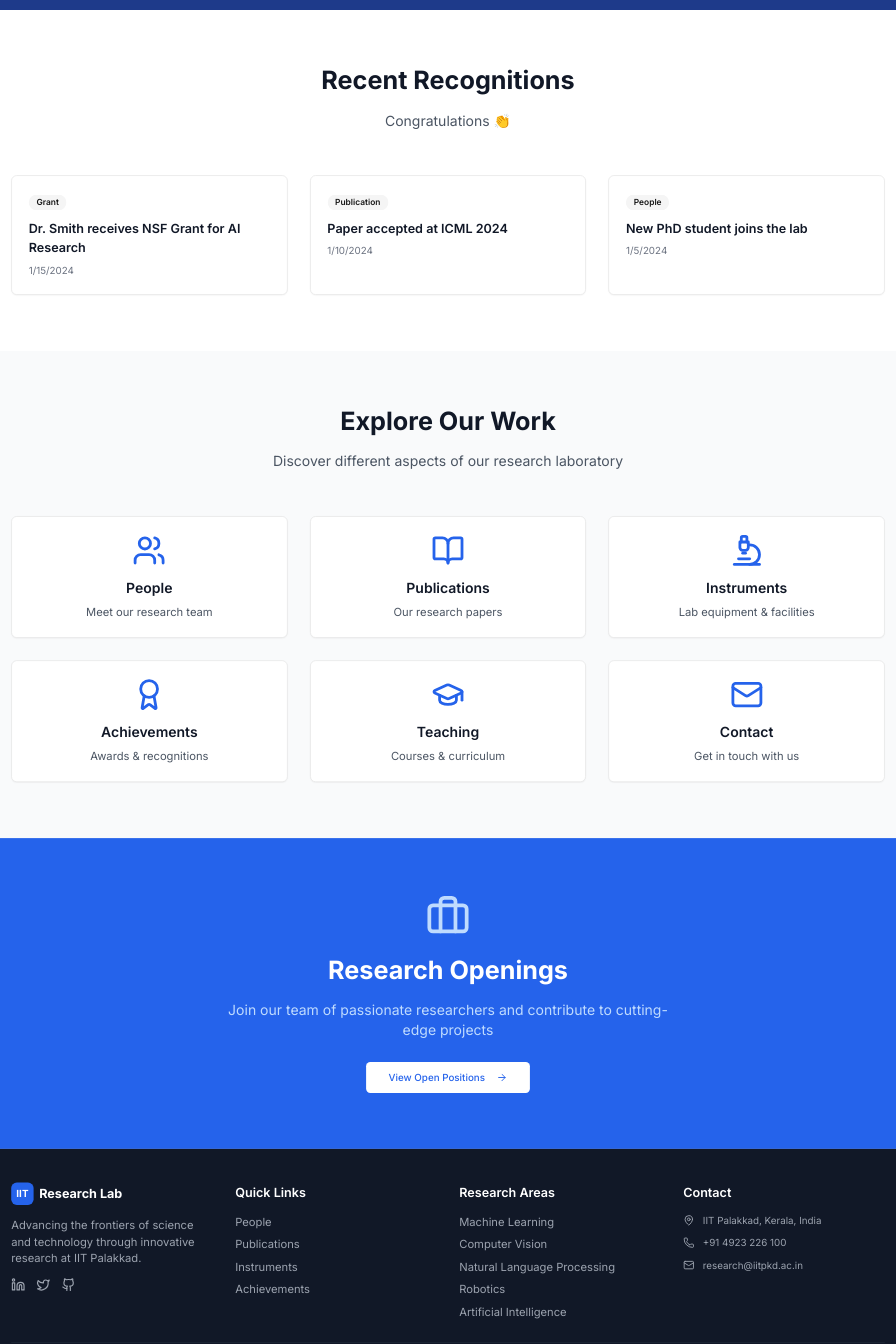
Repository: Gopikrish-30/iit-palakkad-arise
Page: /
The author's editor kept a copy of each file at every save. The page is drawn from the files as they stood at one save, then again after the next save.
The browser window is 1280 px wide. The pictures show the part of the page from y = 2096 to 4016 px (the page is 4118 px tall before and 4049 px after), at 70% of full size.
The project was rebuilt for these pictures with package versions that can differ from the ones it lists, and the page was loaded fresh each time. The framework's server and built-in components were replaced by stand-ins that run in the browser. Also part of the build but not shown: next.config.mjs.

Above is the page before, as saved 2025-06-01 22:56:58.

### app/layout.tsx
import type React from "react"
import type { Metadata } from "next"
import { Inter } from "next/font/google"
import "./globals.css"
import Navigation from "@/components/layout/navigation"
import Footer from "@/components/layout/footer"
import { DataProvider } from "@/lib/data-context"

const inter = Inter({ subsets: ["latin"] })

export const metadata: Metadata = {
  title: "IIT Palakkad Research Lab",
  description: "Advancing the frontiers of science and technology through innovative research",
    generator: 'v0.dev'
}

export default function RootLayout({
  children,
}: {
  children: React.ReactNode
}) {
  return (
    <html lang="en">
      <body className={inter.className}>
        <DataProvider>
          <Navigation />
          <main>{children}</main>
          <Footer />
        </DataProvider>
      </body>
    </html>
  )
}

### app/page.tsx
"use client"

import { useState, useEffect, useRef } from "react"
import { motion, useScroll, useTransform, useInView } from "framer-motion"
import { useData } from "@/lib/data-context"
import { Button } from "@/components/ui/button"
import { Card, CardContent } from "@/components/ui/card"
import { Badge } from "@/components/ui/badge"
import {
  Users,
  BookOpen,
  Award,
  Microscope,
  GraduationCap,
  Mail,
  ArrowRight,
  Target,
  Eye,
  TrendingUp,
  Briefcase,
  ChevronRight,
} from "lucide-react"
import Image from "next/image"
import Link from "next/link"

const AnimatedCounter = ({ end, duration = 2000 }: { end: number; duration?: number }) => {
  const [count, setCount] = useState(0)
  const ref = useRef<HTMLDivElement>(null)
  const isInView = useInView(ref, { once: true, margin: "-100px" })

  useEffect(() => {
    if (!isInView) return

    let startTime: number
    let animationFrame: number

    const animate = (timestamp: number) => {
      if (!startTime) startTime = timestamp
      const progress = Math.min((timestamp - startTime) / duration, 1)
      setCount(Math.floor(progress * end))

      if (progress < 1) {
        animationFrame = requestAnimationFrame(animate)
      }
    }

    animationFrame = requestAnimationFrame(animate)
    return () => cancelAnimationFrame(animationFrame)
  }, [end, duration, isInView])

  return <div ref={ref}>{count}</div>
}

const quickLinks = [
  { title: "People", icon: Users, href: "/people", description: "Meet our research team" },
  { title: "Publications", icon: BookOpen, href: "/publications", description: "Our research papers" },
  { title: "Instruments", icon: Microscope, href: "/instruments", description: "Lab equipment & facilities" },
  { title: "Achievements", icon: Award, href: "/achievements", description: "Awards & recognitions" },
  { title: "Teaching", icon: GraduationCap, href: "/teaching", description: "Courses & curriculum" },
  { title: "Contact", icon: Mail, href: "/contact", description: "Get in touch with us" },
]

const recentNews = [
  {
    title: "Dr. Smith receives NSF Grant for AI Research",
    date: "2024-01-15",
    type: "Grant",
  },
  {
    title: "Paper accepted at ICML 2024",
    date: "2024-01-10",
    type: "Publication",
  },
  {
    title: "New PhD student joins the lab",
    date: "2024-01-05",
    type: "People",
  },
]

export default function HomePage() {
  const { homeContent, news } = useData()
  const { scrollY } = useScroll()
  const heroRef = useRef<HTMLDivElement>(null)
  const aboutRef = useRef<HTMLDivElement>(null)
  const missionRef = useRef<HTMLDivElement>(null)
  const statsRef = useRef<HTMLDivElement>(null)
  const recognitionsRef = useRef<HTMLDivElement>(null)
  const linksRef = useRef<HTMLDivElement>(null)
  const openingsRef = useRef<HTMLDivElement>(null)

  const isAboutInView = useInView(aboutRef, { once: true, margin: "-100px" })
  const isMissionInView = useInView(missionRef, { once: true, margin: "-100px" })
  const isStatsInView = useInView(statsRef, { once: true, margin: "-100px" })
  const isRecognitionsInView = useInView(recognitionsRef, { once: true, margin: "-100px" })
  const isLinksInView = useInView(linksRef, { once: true, margin: "-100px" })
  const isOpeningsInView = useInView(openingsRef, { once: true, margin: "-100px" })

  const heroOpacity = useTransform(scrollY, [0, 300], [1, 0])
  const heroY = useTransform(scrollY, [0, 300], [0, 100])
  const heroScale = useTransform(scrollY, [0, 300], [1, 0.95])

  return (
    <div className="min-h-screen">
      {/* Hero Section with Parallax */}
      <motion.section
        ref={heroRef}
        className="relative h-screen flex items-center justify-center bg-gradient-to-br from-slate-900 via-blue-900 to-slate-800 overflow-hidden"
        style={{ opacity: heroOpacity }}
      >
        <div className="absolute inset-0 bg-black/40" />
        <motion.div className="absolute inset-0" style={{ y: useTransform(scrollY, [0, 300], [0, 150]) }}>
          <Image
            src="/placeholder.svg?height=1080&width=1920"
            alt="IIT Palakkad Campus"
            fill
            className="object-cover"
            priority
          />
        </motion.div>
        <motion.div
          className="relative z-10 text-center text-white max-w-4xl mx-auto px-4"
          style={{ y: heroY, scale: heroScale }}
        >
          <motion.h1
            className="text-5xl md:text-7xl font-bold mb-6"
            initial={{ opacity: 0, y: 20 }}
            animate={{ opacity: 1, y: 0 }}
            transition={{ delay: 0.2, duration: 0.8 }}
          >
            IIT Palakkad Research Lab
          </motion.h1>
          <motion.p
            className="text-xl md:text-2xl mb-8 text-gray-200"
            initial={{ opacity: 0, y: 20 }}
            animate={{ opacity: 1, y: 0 }}
            transition={{ delay: 0.4, duration: 0.8 }}
          >
            Advancing the frontiers of science and technology through innovative research
          </motion.p>
          <motion.div
            initial={{ opacity: 0, y: 20 }}
            animate={{ opacity: 1, y: 0 }}
            transition={{ delay: 0.6, duration: 0.8 }}
            whileHover={{ scale: 1.05 }}
            whileTap={{ scale: 0.95 }}
          >
            <Button size="lg" className="bg-blue-600 hover:bg-blue-700 text-white px-8 py-3 text-lg">
              Explore Our Work
              <ArrowRight className="ml-2 h-5 w-5" />
            </Button>
          </motion.div>
        </motion.div>

        {/* Scroll indicator */}
        <motion.div
          className="absolute bottom-8 left-1/2 transform -translate-x-1/2"
          animate={{ y: [0, 10, 0] }}
          transition={{ repeat: Number.POSITIVE_INFINITY, duration: 1.5 }}
        >
          <ChevronRight className="h-8 w-8 text-white rotate-90" />
        </motion.div>
      </motion.section>

      {/* About Section */}
      <section ref={aboutRef} className="py-20 bg-white">
        <div className="container mx-auto px-4">
          <motion.div
            initial={{ opacity: 0, y: 30 }}
            animate={isAboutInView ? { opacity: 1, y: 0 } : {}}
            transition={{ duration: 0.8 }}
            className="text-center mb-16"
          >
            <h2 className="text-4xl font-bold text-gray-900 mb-6">About </h2>
            <p className="text-xl text-gray-600 max-w-3xl mx-auto">
              The AgroClima research team at IIT Palakkad studies the complex interactions between climate and water systems, focusing on extreme weather events like floods, droughts, and heatwaves caused by climate change and human activities. Their research supports disaster prediction, water resource management, and sustainability.

Using advanced tools such as GIS, AI/ML, hydrologic models, and the WRF weather model, the team analyzes high-resolution environmental data and real-time satellite imagery. Their work informs policymakers, improves climate risk assessment, and promotes sustainable solutions for water and food security.
            </p>
          </motion.div>
        </div>
      </section>

      {/* Mission and Vision */}
      <section ref={missionRef} className="py-20 bg-gray-50">
        <div className="container mx-auto px-4">
          <div className="grid md:grid-cols-2 gap-12">
            <motion.div
              initial={{ opacity: 0, x: -50 }}
              animate={isMissionInView ? { opacity: 1, x: 0 } : {}}
              transition={{ duration: 0.8, delay: 0.1 }}
              whileHover={{ y: -5 }}
            >
              <Card className="p-8 h-full border-0 shadow-lg">
                <CardContent className="p-0">
                  <div className="flex items-center mb-6">
                    <Target className="h-8 w-8 text-blue-600 mr-3" />
                    <h3 className="text-2xl font-bold text-gray-900">Our Mission</h3>
                  </div>
                  <p className="text-gray-600 leading-relaxed">
                    To conduct world-class research that addresses real-world challenges and contributes to the
                    advancement of science and technology for the betterment of society.
                  </p>
                </CardContent>
              </Card>
            </motion.div>

            <motion.div
              initial={{ opacity: 0, x: 50 }}
              animate={isMissionInView ? { opacity: 1, x: 0 } : {}}
              transition={{ duration: 0.8, delay: 0.3 }}
              whileHover={{ y: -5 }}
            >
              <Card className="p-8 h-full border-0 shadow-lg">
                <CardContent className="p-0">
                  <div className="flex items-center mb-6">
                    <Eye className="h-8 w-8 text-blue-600 mr-3" />
                    <h3 className="text-2xl font-bold text-gray-900">Our Vision</h3>
                  </div>
                  <p className="text-gray-600 leading-relaxed">
                    To be a globally recognized research laboratory that fosters innovation, nurtures talent, and
                    creates impactful solutions for tomorrow's challenges.
                  </p>
                </CardContent>
              </Card>
            </motion.div>
          </div>
        </div>
      </section>

      {/* Quick Stats */}
      <section ref={statsRef} className="py-20 bg-blue-900 text-white">
        <div className="container mx-auto px-4">
          <motion.div
            initial={{ opacity: 0, y: 30 }}
            animate={isStatsInView ? { opacity: 1, y: 0 } : {}}
            transition={{ duration: 0.8 }}
            className="text-center mb-16"
          >
            <h2 className="text-4xl font-bold mb-6">Our Impact</h2>
            <p className="text-xl text-blue-200">Numbers that reflect our commitment to excellence</p>
          </motion.div>

          <div className="grid grid-cols-2 md:grid-cols-4 gap-8">
            {[
              { number: 25, label: "Research Students", icon: Users },
              { number: 75, label: "Publications", icon: BookOpen },
              { number: 15, label: "Awards", icon: Award },
              { number: 10, label: "Years of Excellence", icon: TrendingUp },
            ].map((stat, index) => (
              <motion.div
                key={index}
                initial={{ opacity: 0, y: 30 }}
                animate={isStatsInView ? { opacity: 1, y: 0 } : {}}
                transition={{ duration: 0.8, delay: index * 0.15 }}
                className="text-center"
                whileHover={{ y: -5 }}
              >
                <div className="flex justify-center mb-4">
                  <stat.icon className="h-12 w-12 text-blue-300" />
                </div>
                <div className="text-4xl font-bold mb-2">
                  <AnimatedCounter end={stat.number} />+
                </div>
                <div className="text-blue-200">{stat.label}</div>
              </motion.div>
            ))}
          </div>
        </div>
      </section>

      {/* Recent Recognitions */}
      <section ref={recognitionsRef} className="py-20 bg-white">
        <div className="container mx-auto px-4">
          <motion.div
            initial={{ opacity: 0, y: 30 }}
            animate={isRecognitionsInView ? { opacity: 1, y: 0 } : {}}
            transition={{ duration: 0.8 }}
            className="text-center mb-16"
          >
            <h2 className="text-4xl font-bold text-gray-900 mb-6">Recent Recognitions</h2>
            <p className="text-xl text-gray-600">Congratulations 👏</p>
          </motion.div>

          <div className="grid md:grid-cols-3 gap-8">
            {recentNews.map((news, index) => (
              <motion.div
                key={index}
                initial={{ opacity: 0, y: 30 }}
                animate={isRecognitionsInView ? { opacity: 1, y: 0 } : {}}
                transition={{ duration: 0.8, delay: index * 0.15 }}
                whileHover={{ y: -5, boxShadow: "0 10px 25px -5px rgba(0, 0, 0, 0.1)" }}
              >
                <Card className="p-6 hover:shadow-lg transition-shadow duration-300 h-full">
                  <CardContent className="p-0">
                    <Badge variant="secondary" className="mb-3">
                      {news.type}
                    </Badge>
                    <h3 className="text-lg font-semibold text-gray-900 mb-2">{news.title}</h3>
                    <p className="text-gray-500 text-sm">{new Date(news.date).toLocaleDateString()}</p>
                  </CardContent>
                </Card>
              </motion.div>
            ))}
          </div>
        </div>
      </section>

      {/* Quick Links */}
      <section ref={linksRef} className="py-20 bg-gray-50">
        <div className="container mx-auto px-4">
          <motion.div
            initial={{ opacity: 0, y: 30 }}
            animate={isLinksInView ? { opacity: 1, y: 0 } : {}}
            transition={{ duration: 0.8 }}
            className="text-center mb-16"
          >
            <h2 className="text-4xl font-bold text-gray-900 mb-6">Explore Our Work</h2>
            <p className="text-xl text-gray-600">Discover different aspects of our research laboratory</p>
          </motion.div>

          <div className="grid md:grid-cols-2 lg:grid-cols-3 gap-8">
            {quickLinks.map((link, index) => (
              <motion.div
                key={index}
                initial={{ opacity: 0, y: 30 }}
                animate={isLinksInView ? { opacity: 1, y: 0 } : {}}
                transition={{ duration: 0.8, delay: index * 0.1 }}
                whileHover={{ y: -10 }}
              >
                <Link href={link.href}>
                  <Card className="p-6 hover:shadow-xl transition-all duration-300 cursor-pointer group h-full">
                    <CardContent className="p-0 text-center">
                      <motion.div className="flex justify-center mb-4" whileHover={{ rotate: 5, scale: 1.1 }}>
                        <link.icon className="h-12 w-12 text-blue-600 group-hover:text-blue-700 transition-colors" />
                      </motion.div>
                      <h3 className="text-xl font-semibold text-gray-900 mb-2 group-hover:text-blue-600 transition-colors">
                        {link.title}
                      </h3>
                      <p className="text-gray-600">{link.description}</p>
                    </CardContent>
                  </Card>
                </Link>
              </motion.div>
            ))}
          </div>
        </div>
      </section>

      {/* Research Openings */}
      <section ref={openingsRef} className="py-20 bg-blue-600 text-white">
        <div className="container mx-auto px-4 text-center">
          <motion.div
            initial={{ opacity: 0, y: 30 }}
            animate={isOpeningsInView ? { opacity: 1, y: 0 } : {}}
            transition={{ duration: 0.8 }}
          >
            <Briefcase className="h-16 w-16 mx-auto mb-6 text-blue-200" />
            <h2 className="text-4xl font-bold mb-6">Research Openings</h2>
            <p className="text-xl text-blue-200 mb-8 max-w-2xl mx-auto">
              Join our team of passionate researchers and contribute to cutting-edge projects
            </p>
            <motion.div whileHover={{ scale: 1.05 }} whileTap={{ scale: 0.95 }}>
              <Button variant="secondary" size="lg" className="bg-white text-blue-600 hover:bg-gray-100">
                View Open Positions
                <ArrowRight className="ml-2 h-5 w-5" />
              </Button>
            </motion.div>
          </motion.div>
        </div>
      </section>
    </div>
  )
}

### components/ui/badge.tsx
import * as React from "react"
import { cva, type VariantProps } from "class-variance-authority"

import { cn } from "@/lib/utils"

const badgeVariants = cva(
  "inline-flex items-center rounded-full border px-2.5 py-0.5 text-xs font-semibold transition-colors focus:outline-none focus:ring-2 focus:ring-ring focus:ring-offset-2",
  {
    variants: {
      variant: {
        default:
          "border-transparent bg-primary text-primary-foreground hover:bg-primary/80",
        secondary:
          "border-transparent bg-secondary text-secondary-foreground hover:bg-secondary/80",
        destructive:
          "border-transparent bg-destructive text-destructive-foreground hover:bg-destructive/80",
        outline: "text-foreground",
      },
    },
    defaultVariants: {
      variant: "default",
    },
  }
)

export interface BadgeProps
  extends React.HTMLAttributes<HTMLDivElement>,
    VariantProps<typeof badgeVariants> {}

function Badge({ className, variant, ...props }: BadgeProps) {
  return (
    <div className={cn(badgeVariants({ variant }), className)} {...props} />
  )
}

export { Badge, badgeVariants }

Loaded but not shown: app/globals.css (common file); lib/utils.ts (common file); tailwind.config.ts (common file); lib/data-context.tsx (627 lines, source omitted); components/layout/navigation.tsx (118 lines, source omitted); components/ui/sheet.tsx (140 lines, source omitted); components/layout/footer.tsx (98 lines, source omitted); components/ui/button.tsx (56 lines, source omitted); components/ui/card.tsx (79 lines, source omitted)

After the next save:
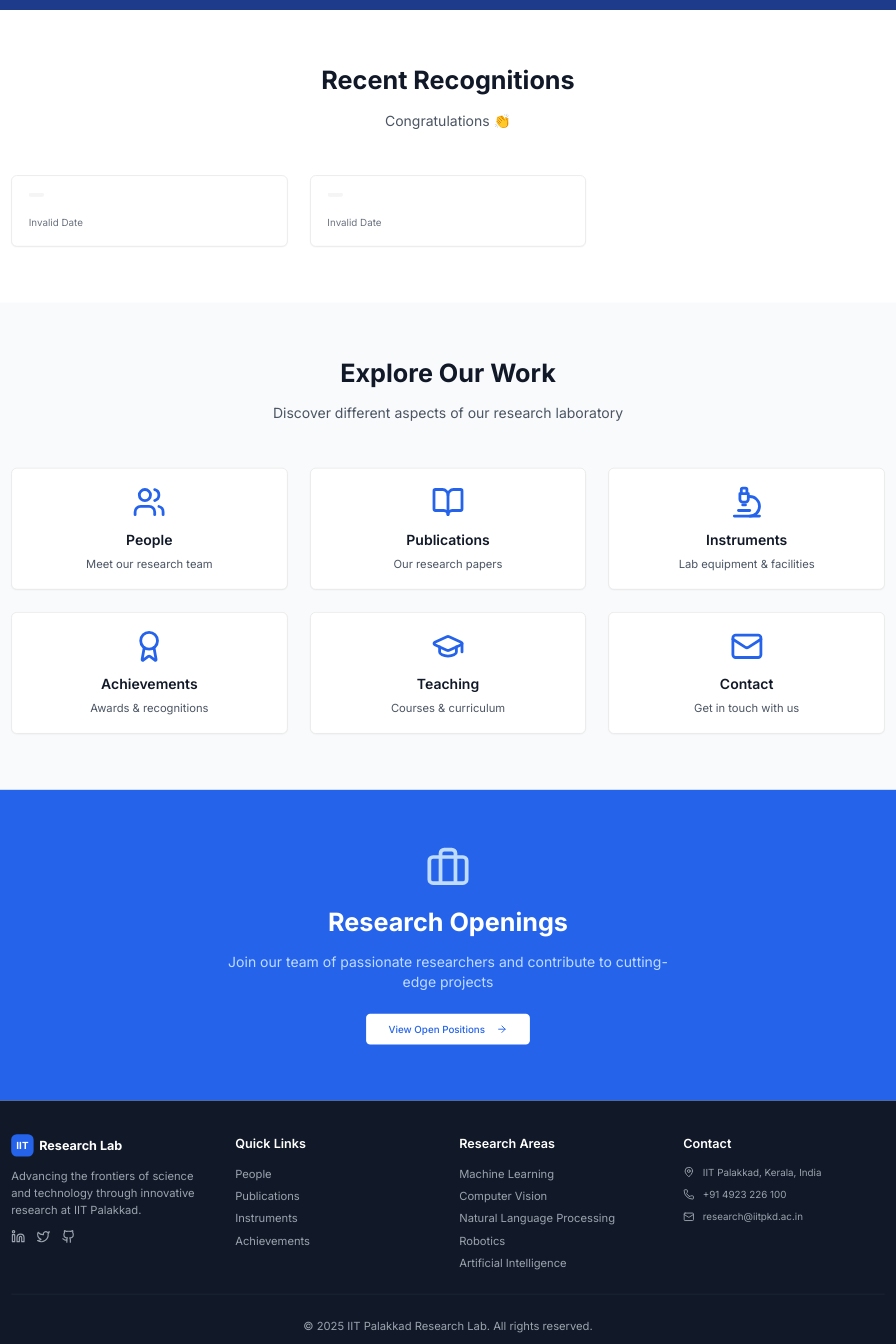
Saved 14 s later.
--- a/app/page.tsx
+++ b/app/page.tsx
@@ -283,7 +283,7 @@ Using advanced tools such as GIS, AI/ML, hydrologic models, and the WRF weather
           </motion.div>
 
           <div className="grid md:grid-cols-3 gap-8">
-            {recentNews.map((news, index) => (
+            {news.slice(0, 3).map((newsItem, index) => (
               <motion.div
                 key={index}
                 initial={{ opacity: 0, y: 30 }}

After the save that followed:
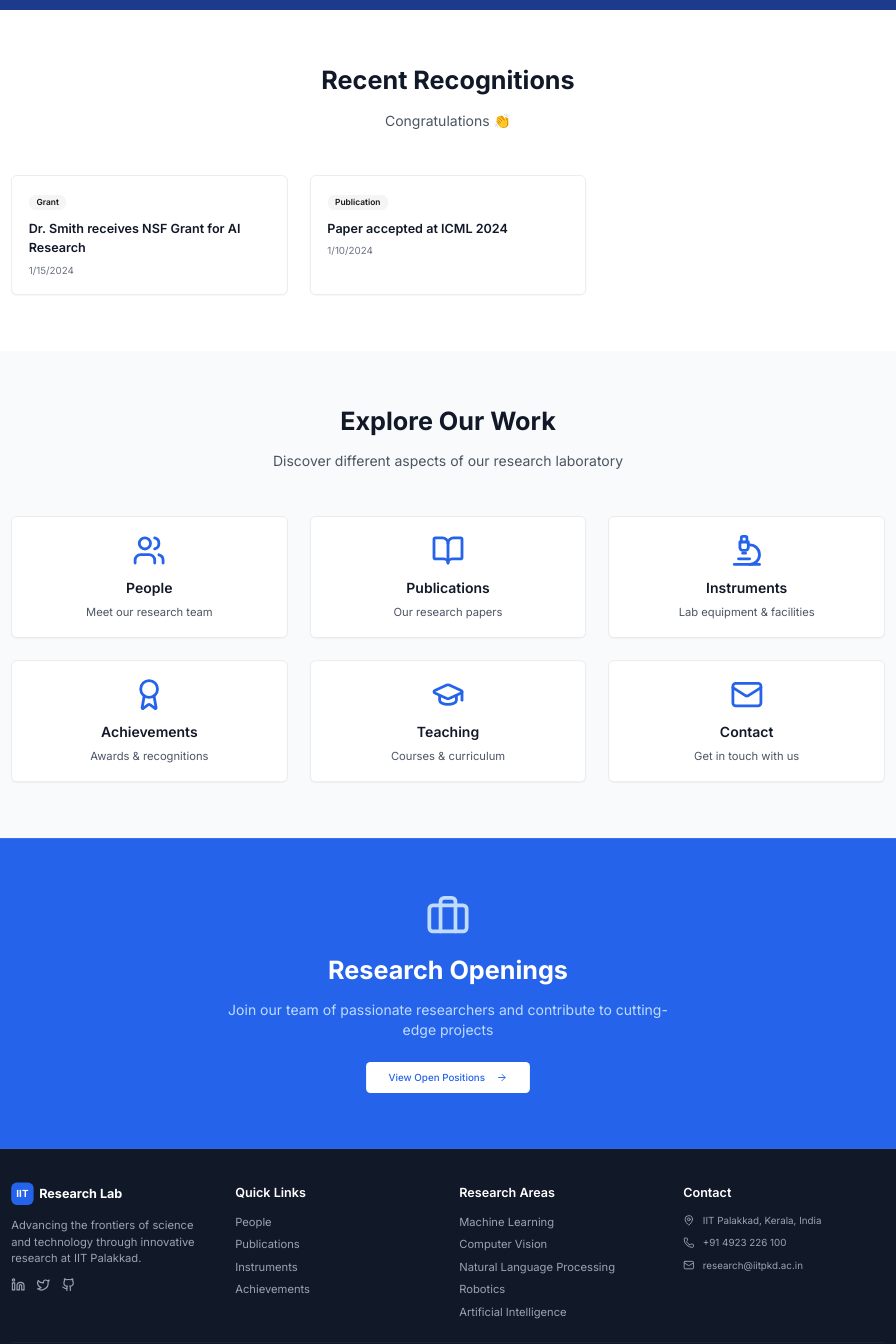
Saved 12 s later.
--- a/app/page.tsx
+++ b/app/page.tsx
@@ -294,10 +294,10 @@ Using advanced tools such as GIS, AI/ML, hydrologic models, and the WRF weather
                 <Card className="p-6 hover:shadow-lg transition-shadow duration-300 h-full">
                   <CardContent className="p-0">
                     <Badge variant="secondary" className="mb-3">
-                      {news.type}
+                      {newsItem.type}
                     </Badge>
-                    <h3 className="text-lg font-semibold text-gray-900 mb-2">{news.title}</h3>
-                    <p className="text-gray-500 text-sm">{new Date(news.date).toLocaleDateString()}</p>
+                    <h3 className="text-lg font-semibold text-gray-900 mb-2">{newsItem.title}</h3>
+                    <p className="text-gray-500 text-sm">{new Date(newsItem.date).toLocaleDateString()}</p>
                   </CardContent>
                 </Card>
               </motion.div>
